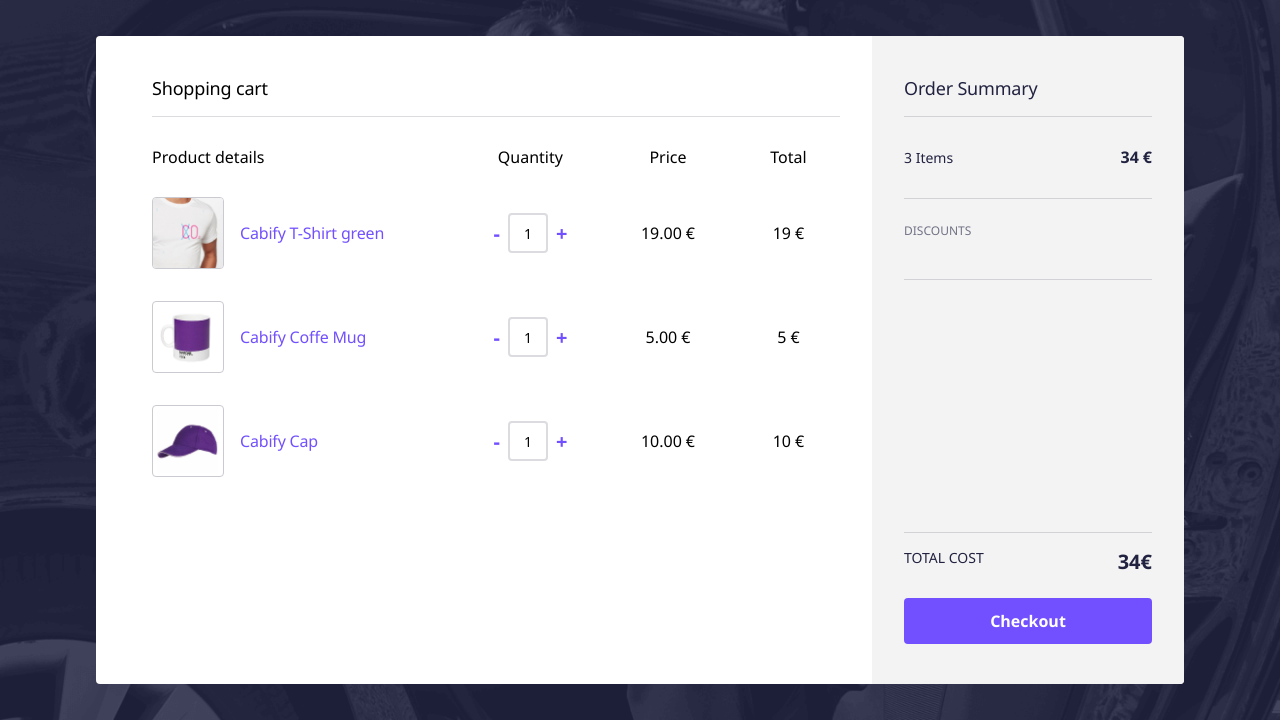
Repository: banchiec/challengecbfy
Page: /
These files come from the project's save history. The page is drawn as it stood at one moment and after the next save; the edit follows.
The browser window is 1280 px wide. The pictures show the whole page.
Some web fonts or font styles are not loaded; a fallback is used. The project was rebuilt for these pictures with package versions that can differ from the ones it lists, and the page was loaded fresh each time. Also part of the build but not shown: craco.config.js.

Above is the page before, as saved 2021-12-08 19:23:18.

### src/index.js
import './index.css';
import App from './App';
import Checkout from './helpers/checkout'
// here a service should be called to obtain the api data
import { products } from './data/data'

import discounts from './helpers/discounts';

const purchase = new Checkout(products, discounts)
purchase.init()
App(purchase)

### src/index.css
@tailwind base;
@tailwind components;
@tailwind utilities;

body {
  margin: 0;
  font-family: -apple-system, BlinkMacSystemFont, 'Segoe UI', 'Roboto', 'Oxygen',
    'Ubuntu', 'Cantarell', 'Fira Sans', 'Droid Sans', 'Helvetica Neue',
    sans-serif;
  -webkit-font-smoothing: antialiased;
  -moz-osx-font-smoothing: grayscale;
}

code {
  font-family: source-code-pro, Menlo, Monaco, Consolas, 'Courier New',
    monospace;
}

@font-face {
  font-family: 'Avenir';
  src:local('Avenir'), url(./assets/fonts/Avenir-Black.woff) format('woff');
}

### src/App.js
import { render } from 'react-dom';
import Main from './components/main/Main'
import './App.css';

function App(purchase) {
  render(<Main purchase={purchase} />, document.getElementById('root'))
}

export default App;

### src/helpers/checkout.js
export default class Checkout {
    constructor(price, discounts = []) {
        this.price = price.reduce((acc, good) => ({ ...acc, [good.code]: good }), {})
        this.discounts = discounts
        this.cartItems = []
    }
    init() {
        this.scan('TSHIRT')
        this.scan('MUG')
        this.scan('CAP')
    }
    scan(code, argument = 1) {
        const currentCartItem = this.cartItems.find((item) => item.code === code);
        if (currentCartItem) {
            switch (argument) {
                case 1:
                    currentCartItem.count += 1;
                    break;
                case -1:
                    currentCartItem.count -= 1;
                    if (currentCartItem.count === 0) {
                        this.cartItems = this.cartItems.filter((item) => item.code !== code);
                    }
                    break;
                default:
                    currentCartItem.count = argument;
                    break;
            }
            return this;
        }
        const currentPriceItem = this.price[code];
        console.log(this.price)
        if (currentPriceItem) {
            switch (argument) {
                case 1:
                    this.cartItems.push({ ...currentPriceItem, count: 1 });
                    break;
                case -1:
                    break;
                default:
                    this.cartItems.push({ ...currentPriceItem, count: argument });
            }
            return this;
        }
        return new Error(`product with code ${code} has not been found`);


    }
    get actualDiscounts() {
        return this.discounts.reduce(
            (acc, discount) => {
                const res = discount.check(this.items);
                if (res) return [...acc, res];
                return acc;
            }, [],
        );
    }
    get items() {
        return this.cartItems
    }

    get totalDiscount() {
        return this.actualDiscounts.reduce((acc, { discountAmount }) => acc + discountAmount, 0);
    }
    cost(code) {
        const currentCartItem = this.cartItems.find((item) => item.code === code);
        if (currentCartItem) {
            return currentCartItem.count * currentCartItem.price;
        }
        return null;
    }

    preCalc() {
        return ({
            countItems: this.cartItems.reduce((acc, item) => acc + item.count, 0),
            summaryCost: this.cartItems.reduce((acc, item) => acc + (item.count * item.price), 0),
            actualDiscounts: this.actualDiscounts,
        });
    }

    // method total will return total cost as number
    total() {
        return this.cartItems.reduce(
            (acc, item) => acc + (item.count * item.price),
            0,
        ) - this.totalDiscount;
    }
}

### src/data/data.js
import shirt from '../assets/images/shirt.png'
import mug from '../assets/images/mug.png'
import cap from '../assets/images/cap.png'
export const products = [
    {
        id: '1',
        code: 'TSHIRT',
        name: 'Cabify T-Shirt',
        price: '20.00',
        image: shirt
    },
    {
        id: '2',
        code: 'TSHIRT',
        name: 'Cabify T-Shirt green',
        price: '19.00',
        image: shirt
    },
    {
        id: '3',
        code: 'MUG',
        name: 'Cabify Coffe Mug',
        price: '5.00',
        image: mug

    },
    {
        id: '4',
        code: 'CAP',
        name: 'Cabify Cap',
        price: '10.00',
        image: cap

    }
]

### src/helpers/discounts.js
const discounts = [
    {
        discount: '2x1Mug',
        check: (products) => {
            const currentProduct = products.find((product) => product.code === 'MUG')
            if (currentProduct && currentProduct.count > 1) {
                return ({
                    name: '2x1 Mug offer',
                    discountAmount: Math.trunc(currentProduct.count / 2) * currentProduct.price
                })
            }
            return null
        }
    },
    {
        discount: 't-shirtMore3',
        check: (products) => {
            const currentProduct = products.find((product) => products.code === 'T-SHIRT')
            if (currentProduct && currentProduct.count >= 3) {
                return ({
                    name: 'x3 shirt offer',
                    discountAmount: (currentProduct.price / 100) * 5 * currentProduct.count
                })
            }
            return null
        }
    }
]

export default discounts

### src/components/main/Main.js
import { useState } from "react"
import OrderSummery from "../OrderSummery/OrderSummery"
import { ShoppingCart } from "../shoppingCart/ShoppingCart"

export default function Main(props) {
    const { purchase } = props
    const [items, setItems] = useState(purchase.items)

    const initStateSum = purchase.preCalc()
    const initTotalCost = purchase.total()

    const [summary, setSummary] = useState({
        ...initStateSum,
        totalCost: initTotalCost
    })

    const scan = (code) => (op) => (e) => {
        switch (op) {
            case 'dec':
                purchase.scan(code, -1);
                break;
            case 'set':
                purchase.scan(code, Number(e.target.value));
                break;
            case 'inc':
                purchase.scan(code, 1);
                break;
            default:
                // unknown operation
                break;
        }
        // set new cart items list for react
        setItems([...purchase.items]);
        const newSums = purchase.preCalc();
        const newTotalCost = purchase.total();
        setSummary({
            ...newSums,
            totalCost: newTotalCost,
        });

    }
    const cost = (code) => purchase.cost(code)

    return (
        <main className="App">
            <ShoppingCart items={items} scan={scan} cost={cost} />
            <OrderSummery summary={summary} />
        </main>
    )
}

### src/App.css
* {
  box-sizing: border-box;
  outline: none;
}

html,
body,
div,
span,
applet,
object,
iframe,
h1,
h2,
h3,
h4,
h5,
h6,
p,
blockquote,
pre,
a,
abbr,
acronym,
address,
big,
button,
cite,
code,
del,
dfn,
em,
img,
ins,
kbd,
q,
s,
samp,
small,
strike,
strong,
sub,
sup,
tt,
var,
b,
u,
i,
center,
dl,
dt,
dd,
ol,
ul,
li,
fieldset,
form,
label,
legend,
table,
caption,
tbody,
tfoot,
thead,
tr,
th,
td,
article,
aside,
canvas,
details,
embed,
figure,
figcaption,
footer,
header,
hgroup,
menu,
nav,
output,
ruby,
section,
summary,
time,
mark,
audio,
video {
  margin: 0;
  padding: 0;
  border: 0;
  vertical-align: baseline;
  font: 100%;
}

/* HTML5 display-role reset for older browsers */
article,
aside,
details,
figcaption,
figure,
footer,
header,
hgroup,
menu,
nav,
section {
  display: block;
}

body {
  -webkit-font-smoothing: antialiased;
  -moz-osx-font-smoothing: grayscale;
  line-height: 1;
}

ol,
ul {
  list-style: none;
}

blockquote,
q {
  quotes: none;
}

a {
  cursor: pointer;
}

blockquote:before,
blockquote:after,
q:before,
q:after {
  content: none;
}

table {
  border-spacing: 0;
  border-collapse: collapse;
}

a {
  text-decoration: none;
}

input:not([type="checkbox"]):not([type="radio"]),
textarea {
  appearance: none;
}

input[type="number"]::-webkit-outer-spin-button,
input[type="number"]::-webkit-inner-spin-button {
  margin: 0;
  appearance: none;
}

input[type="number"] {
  appearance: textfield;
}

input::-ms-clear {
  display: none;
}

select::-ms-expand {
  display: none;
}

textarea {
  overflow: auto;
  vertical-align: top;
}

input::placeholder {
  opacity: 1;
}

h1.main {
  padding-bottom: 16px;
  border-bottom: 1px solid rgba(33, 34, 64, 0.16);
}

.wrapper.border,
.wrapper-half.border {
  border-bottom: 1px solid rgba(33, 34, 64, 0.16);
}

h2,
.products-list li.products-list-title {
  color: #a6a7b3;
  text-transform: uppercase;
  letter-spacing: 1px;
  font-size: 10px;
  line-height: 16px;
}

h2,
.product-code {
  font-size: 12px;
  line-height: 16px;
}

.product-quantity,
.summary input,
.summary ul li,
.summary-total-cost {
  font-size: 14px;
  line-height: 17px;
}

.product h1 {
  font-size: 16px;
  line-height: 24px;
}

.products button.count,
.summary-total-price {
  font-size: 20px;
  line-height: 25px;
}

h2 {
  color: #717285;
  letter-spacing: 0;
  font-weight: 300;
}

h2 + * {
  margin-top: 16px;
}

body {
  margin: 0;
  padding: 0;
  height: 100vh;
  background-image: url("./assets/images/background.png");
  background-color: #212240;
  background-position: top left;
  background-size: cover;
  font-family: Avenir, "Avenir Next", "Segoe UI", sans-serif;
  font-weight: regular;
}

.App {
  position: fixed;
  top: 50%;
  left: 50%;
  display: flex;
  overflow-x: hidden;
  overflow-y: auto;
  max-width: 1088px;
  max-height: 648px;
  width: calc(100% - 64px);
  height: calc(100% - 64px);
  border-radius: 4px;
  background-color: #ffffff;
  transform: translate(-50%, -50%);
}

h1 {
  position: relative;
  letter-spacing: -0.18px;
  font-size: 18px;
  line-height: 24px;
}

.wrapper {
  padding: 32px 0;
}

.wrapper-half {
  padding: 24px 0;
}

.tableHead {
  padding: 32px 0;
}

.row {
  position: relative;
  display: flex;
  flex-flow: row nowrap;
  justify-content: space-between;
}

.row + .row {
  margin-top: 32px;
}

[class*="col-"] {
  display: flex;
  align-items: center;
}

[class*="col-"]:nth-child(n + 2) {
  justify-content: center;
}

.col-product {
  width: 45%;
}

.col-quantity {
  width: 20%;
}

.col-price {
  width: 20%;
}

.col-total {
  width: 15%;
}

input {
  width: 100%;
  height: 48px;
  border-radius: 4px;
}

.currency {
  margin-left: 4px;
}

.products {
  padding: 40px 32px 40px 56px;
}

.products button.count {
  padding: 0 8px;
  height: 40px;
  border: none;
  background: transparent;
  color: #7350ff;
  font-weight: bold;
  cursor: pointer;
}

.products {
  flex: 1;
}

.products-list {
  position: relative;
  width: 100%;
}

.product-image {
  display: flex;
  align-items: center;
  flex-flow: row nowrap;
}

.product-image img {
  margin-right: 16px;
  width: 72px;
  height: 72px;
  border: 1px solid #cacad1;
  border-radius: 4px;
}

.product-code {
  border-radius: 4px;
  color: #a6a7b3;
  letter-spacing: 0.13px;
  font-weight: 400;
}

.product-quantity {
  width: 40px;
  height: 40px;
  border: 2px solid #dbdbe0;
  border-radius: 4px;
  text-align: center;
}

.product-price {
  color: #000000;
  font-size: 16px;
}

.product .clear {
  border: none;
  background: transparent;
}

.product .clear span {
  position: relative;
  display: block;
  width: 16px;
  height: 16px;
}

.product .clear span:before,
.product .clear span:after {
  content: "";
  position: absolute;
  top: 8px;
  left: 2px;
  display: block;
  width: 12px;
  height: 2px;
  border-radius: 8px;
  background-color: #a6a7b3;
  transform: rotate(-45deg);
  transform-origin: center center;
}

.product .clear span:before {
  transform: rotate(45deg);
}

.product h1 {
  color: #7350ff;
}

.summary {
  display: flex;
  flex-flow: column wrap;
  padding: 40px 32px;
  width: 312px;
  background-color: #f3f3f3;
  color: #212240;
}

.summary > * {
  width: 100%;
}

.summary-items-price {
  font-size: 16px;
  font-weight: bold;
}

.summary input {
  margin: 8px auto;
  color: #a6a7b3;
  text-indent: 16px;
  text-transform: uppercase;
}

.summary input::placeholder {
  color: #a6a7b3;
  text-transform: lowercase;
}

.summary ul li {
  display: flex;
  justify-content: space-between;
}

.summary ul li > *:nth-child(2) {
  font-weight: bold;
}

.summary ul li + li {
  margin-top: 20px;
}

.summary-total {
  align-self: flex-end;
  margin-top: auto;
  padding-top: 16px;
  padding-bottom: 0;
  border-top: 1px solid rgba(33, 34, 64, 0.16);
  color: #212240;
}

.summary-total-cost {
  flex-basis: 100%;
  text-transform: uppercase;
}

.summary-total-price {
  font-weight: bold;
}

.summary button[type="submit"] {
  margin-top: 24px;
  padding-top: 16px;
  padding-bottom: 16px;
  width: 100%;
  border-radius: 4px;
  background: #7350ff;
  color: #ffffff;
  font-size: 16px;
  font-weight: bold;
  line-height: 14px;
  cursor: pointer;
}

### src/components/OrderSummery/OrderSummery.js
import React from 'react';
import { uniqueId } from 'lodash';

function OrderSummery(props) {
    const {
        summary: {
            countItems, summaryCost, actualDiscounts, totalCost,
        },
    } = props;
    return (
        <aside className="summary">
            <h1 className="main">Order Summary</h1>
            <ul className="summary-items wrapper border">
                <li>
                    <span className="summary-items-number">
                        {countItems || 0}
                        {' '}
                        Items
                    </span>
                    <span className="summary-items-price">
                        {summaryCost || 0}
                        <span className="currency">
                            €
                        </span>
                    </span>
                </li>
            </ul>
            <div className="summary-discounts wrapper-half border">
                <h2>Discounts</h2>
                {actualDiscounts && (
                    <ul>
                        {actualDiscounts.map((disc) => (
                            <li key={uniqueId()}>
                                <span>{disc.name}</span>
                                <span>
                                    -
                                    {disc.discountAmount}
                                    {' '}
                                    €
                                </span>
                            </li>
                        ))}
                    </ul>
                )}
            </div>
            <div className="summary-total wrapper">
                <ul>
                    <li>
                        <span className="summary-total-cost">
                            Total cost
                        </span>
                        <span className="summary-total-price">
                            {totalCost || 0}
                            €
                        </span>
                    </li>
                </ul>
                <button type="submit">Checkout</button>
            </div>
        </aside>
    );
}

export default OrderSummery;

### src/components/shoppingCart/ShoppingCart.js
import { uniqueId } from 'lodash'
import { CartString } from '../CartString/CartString'

export const ShoppingCart = (props) => {
    console.log(props)
    const { items, scan, cost } = props
    return (
        <section className="products">
            <h1 className="main">Shopping cart</h1>
            <ul className="product-list tableHead">
                <li className="products-list-title row">
                    <div className="col-product">Product details</div>
                    <div className="col-quantity">Quantity</div>
                    <div className="col-price">Price</div>
                    <div className="col-total">Total</div>
                </li>
            </ul>
            <ul className="products-list">
                {items.map((item) => (
                    <CartString
                        content={item}
                        scan={scan(item.code)}
                        cost={cost(item.code)}
                        key={uniqueId()}
                    />
                ))}
            </ul>
        </section>
    )
}

### src/components/CartString/CartString.js
export const CartString = (props) => {
    const {
        content: {
            productCode,
            name,
            count,
            image,
            price
        },
        scan,
        cost
    } = props
    console.log(image)
    return (
        <li className="product row">
            <div className="col-product">
                <figure className="product-image">
                    <img src={image} alt={image} />
                    <div className="product-description">
                        <h1>{name}</h1>
                        <p className="product-code">{productCode}</p>
                    </div>
                </figure>
            </div>
            <div className="col-quantity">
                <button type="button" className="count" onClick={scan('dec')}>
                    -
                </button>
                <input type="text" className="product-quantity" value={count} onChange={scan('set')} />
                <button type="button" className="count" onClick={scan('inc')}>
                    +
                </button>
            </div>
            <div className="col-price">
                <span className="product-price">
                    {price}
                </span>
                <span className="product-currency currency">€</span>
            </div>
            <div className="col-total">
                <span className="product-price">{cost}</span>
                <span className="product-currency currency">€</span>
            </div>
        </li>
    )
}

Loaded but not shown: public/index.html (common file); tailwind.config.js (common file)

After the next save:
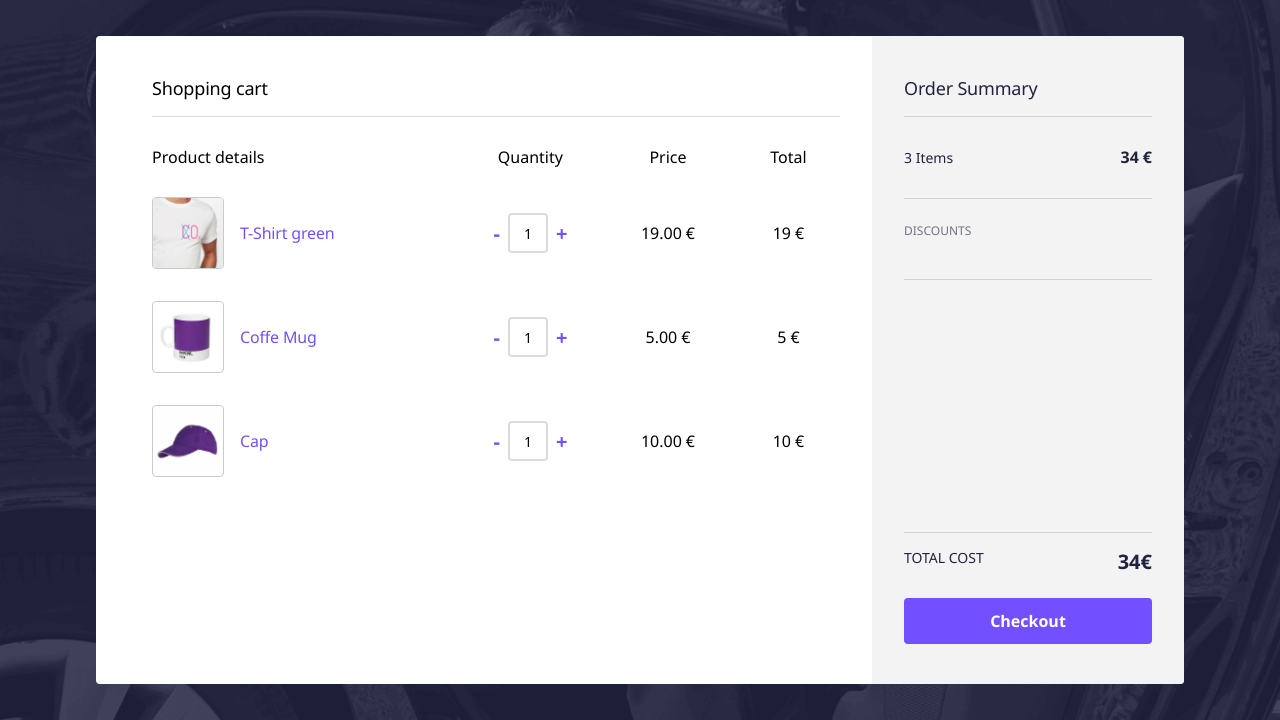
Saved 7 min 47 s later.
--- a/src/data/data.js
+++ b/src/data/data.js
@@ -5,21 +5,21 @@
     {
         id: '1',
         code: 'TSHIRT',
-        name: 'Cabify T-Shirt',
+        name: 'T-Shirt',
         price: '20.00',
         image: shirt
     },
     {
         id: '2',
         code: 'TSHIRT',
-        name: 'Cabify T-Shirt green',
+        name: 'T-Shirt green',
         price: '19.00',
         image: shirt
     },
     {
         id: '3',
         code: 'MUG',
-        name: 'Cabify Coffe Mug',
+        name: 'Coffe Mug',
         price: '5.00',
         image: mug
 
@@ -27,7 +27,7 @@
     {
         id: '4',
         code: 'CAP',
-        name: 'Cabify Cap',
+        name: 'Cap',
         price: '10.00',
         image: cap
 
